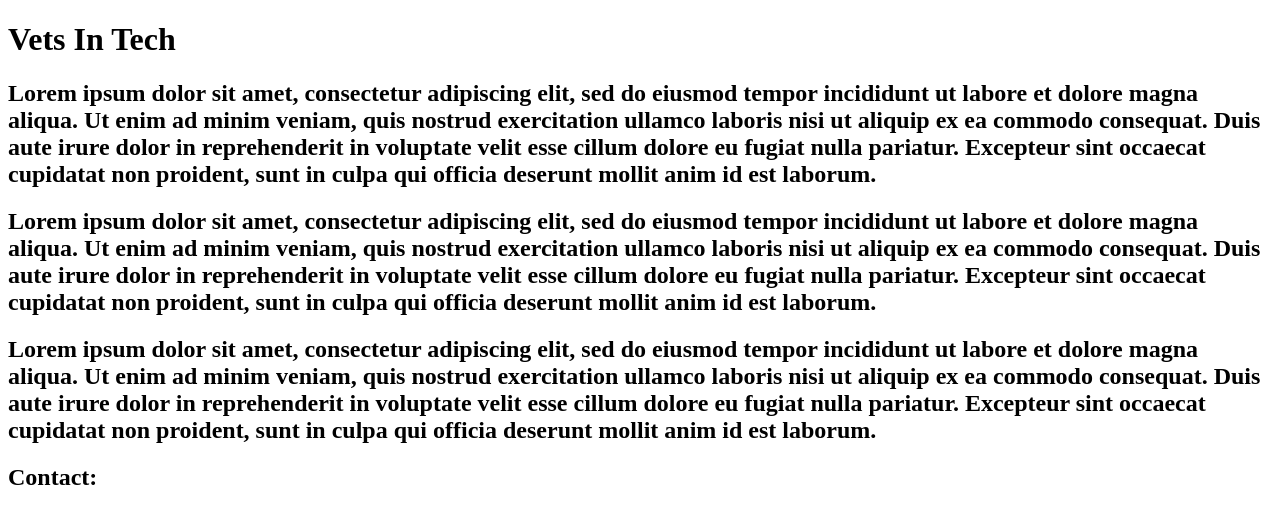
Repository: 3EyEdRav3n/10-2020-cohort-course
Page: week-1/Week-1 Assignment/index.html
These files come from the project's save history. The page is drawn as it stood at one moment and after the next save; the edit follows.
The browser window is 1280 px wide. The pictures show the whole page.

Above is the page before, as saved 2020-11-01 17:58:53.

### week-1/Week-1 Assignment/index.html
<!DOCTYPE html>
<html lang="en">
  <head>
    <meta charset="UTF-8" />
    <meta name="viewport" content="width=device-width, initial-scale=1.0" />
    <link rel="stylesheet" href="./styles.css" />

    <title>VetTech</title>
  </head>
  <body>
    <div class="header">
      <h1>Vets In Tech</h1>
    </div>
    <div class="container">
      <div class="left-col">
        <h2>
          Lorem ipsum dolor sit amet, consectetur adipiscing elit, sed do
          eiusmod tempor incididunt ut labore et dolore magna aliqua. Ut enim ad
          minim veniam, quis nostrud exercitation ullamco laboris nisi ut
          aliquip ex ea commodo consequat. Duis aute irure dolor in
          reprehenderit in voluptate velit esse cillum dolore eu fugiat nulla
          pariatur. Excepteur sint occaecat cupidatat non proident, sunt in
          culpa qui officia deserunt mollit anim id est laborum.
        </h2>
      </div>
      <div class="center-col">
        <h2>
          Lorem ipsum dolor sit amet, consectetur adipiscing elit, sed do
          eiusmod tempor incididunt ut labore et dolore magna aliqua. Ut enim ad
          minim veniam, quis nostrud exercitation ullamco laboris nisi ut
          aliquip ex ea commodo consequat. Duis aute irure dolor in
          reprehenderit in voluptate velit esse cillum dolore eu fugiat nulla
          pariatur. Excepteur sint occaecat cupidatat non proident, sunt in
          culpa qui officia deserunt mollit anim id est laborum.
        </h2>
      </div>
      <div class="right-col">
        <h2>
          Lorem ipsum dolor sit amet, consectetur adipiscing elit, sed do
          eiusmod tempor incididunt ut labore et dolore magna aliqua. Ut enim ad
          minim veniam, quis nostrud exercitation ullamco laboris nisi ut
          aliquip ex ea commodo consequat. Duis aute irure dolor in
          reprehenderit in voluptate velit esse cillum dolore eu fugiat nulla
          pariatur. Excepteur sint occaecat cupidatat non proident, sunt in
          culpa qui officia deserunt mollit anim id est laborum.
        </h2>
      </div>
    </div>
    <div class="footer"></div>
    <h2>Contact:</h2>
  </body>
</html>

Loaded but not shown: week-1/Week-1 Assignment/styles.css (no stored copy; drawn as an empty file)

After the next save:
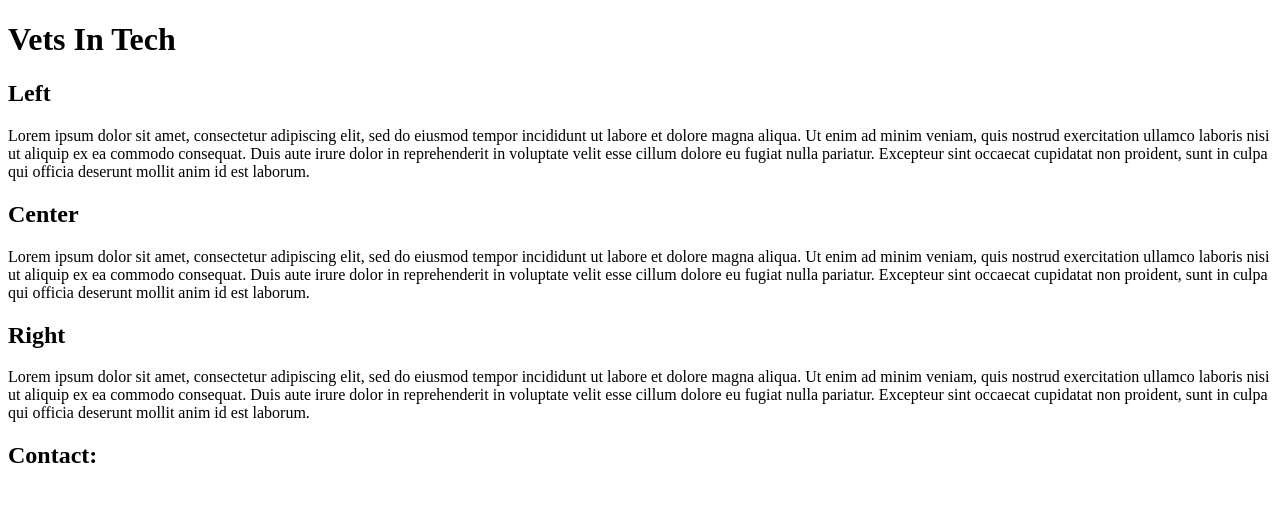
Saved 59 s later.
--- a/week-1/Week-1 Assignment/index.html
+++ b/week-1/Week-1 Assignment/index.html
@@ -13,7 +13,8 @@
     </div>
     <div class="container">
       <div class="left-col">
-        <h2>
+        <h2>Left</h2>
+        <p>
           Lorem ipsum dolor sit amet, consectetur adipiscing elit, sed do
           eiusmod tempor incididunt ut labore et dolore magna aliqua. Ut enim ad
           minim veniam, quis nostrud exercitation ullamco laboris nisi ut
@@ -21,10 +22,11 @@
           reprehenderit in voluptate velit esse cillum dolore eu fugiat nulla
           pariatur. Excepteur sint occaecat cupidatat non proident, sunt in
           culpa qui officia deserunt mollit anim id est laborum.
-        </h2>
+        </p>
       </div>
       <div class="center-col">
-        <h2>
+        <h2>Center</h2>
+        <p>
           Lorem ipsum dolor sit amet, consectetur adipiscing elit, sed do
           eiusmod tempor incididunt ut labore et dolore magna aliqua. Ut enim ad
           minim veniam, quis nostrud exercitation ullamco laboris nisi ut
@@ -32,10 +34,11 @@
           reprehenderit in voluptate velit esse cillum dolore eu fugiat nulla
           pariatur. Excepteur sint occaecat cupidatat non proident, sunt in
           culpa qui officia deserunt mollit anim id est laborum.
-        </h2>
+        </p>
       </div>
       <div class="right-col">
-        <h2>
+        <h2>Right</h2>
+        <p>
           Lorem ipsum dolor sit amet, consectetur adipiscing elit, sed do
           eiusmod tempor incididunt ut labore et dolore magna aliqua. Ut enim ad
           minim veniam, quis nostrud exercitation ullamco laboris nisi ut
@@ -43,7 +46,7 @@
           reprehenderit in voluptate velit esse cillum dolore eu fugiat nulla
           pariatur. Excepteur sint occaecat cupidatat non proident, sunt in
           culpa qui officia deserunt mollit anim id est laborum.
-        </h2>
+        </p>
       </div>
     </div>
     <div class="footer"></div>
